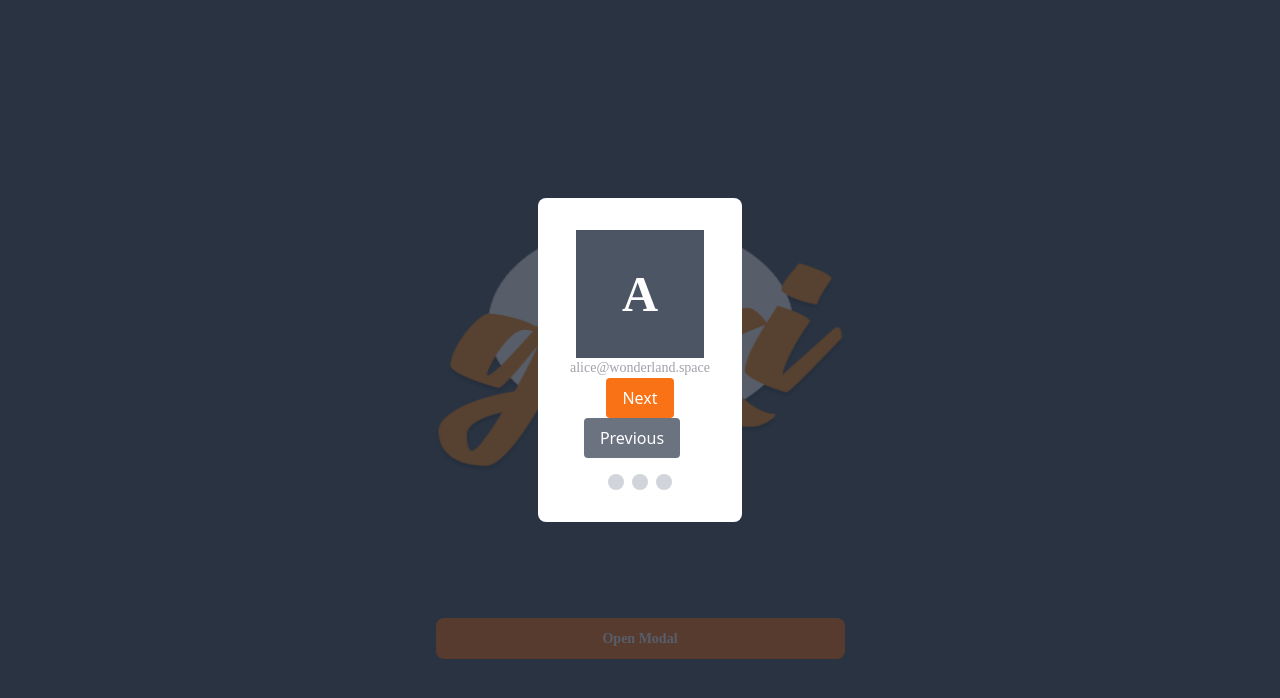
Repository: ZakariaZhlat125/lucatctyteste
Page: /, after clicking the first element matching `button.mt-36`
The author's editor kept a copy of each file at every save. The page is drawn from the files as they stood at one save, then again after the next save.
The browser window is 1280 px wide. The pictures show the whole page.
The project was rebuilt for these pictures with package versions that can differ from the ones it lists, and the page was loaded fresh each time. Also part of the build but not shown: vite.config.js, src/Components/ModalComponents/PickLang.jsx, src/Components/ModalComponents/SelectImage.jsx.

Above is the page before, as saved 2023-09-29 10:32:05.

After the next save:
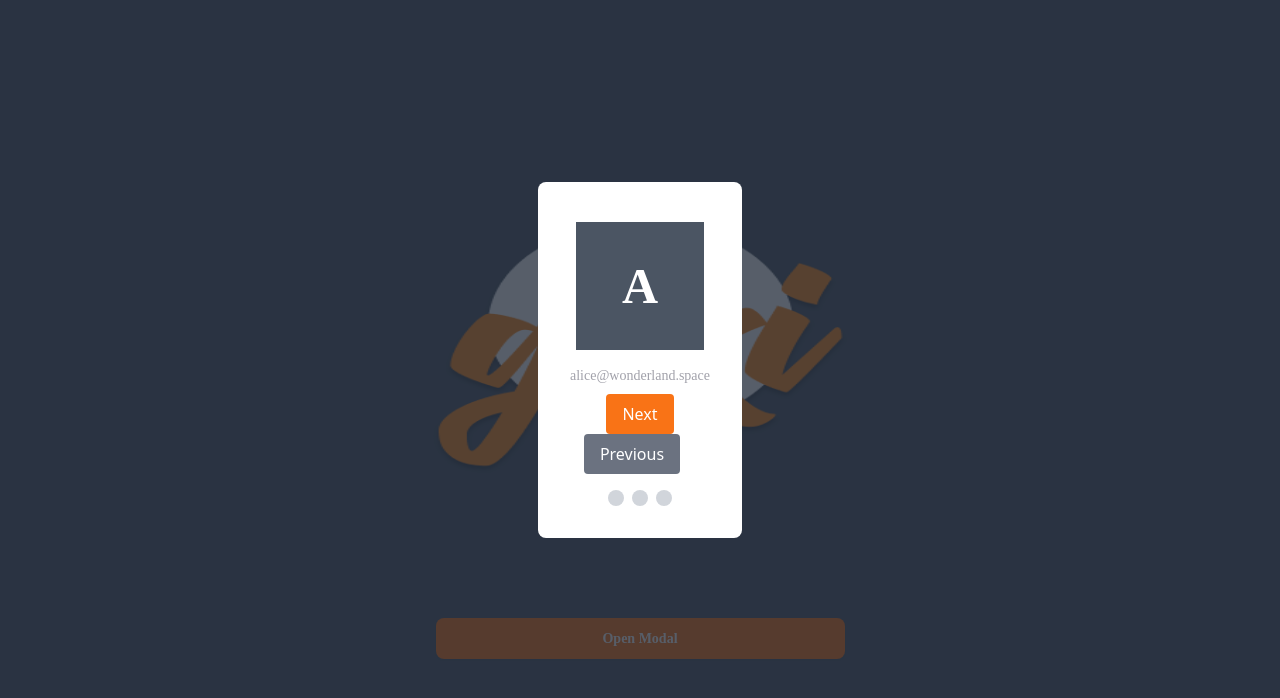
Saved 24 s later.
--- a/src/Components/ModalComponents/Welcom.jsx
+++ b/src/Components/ModalComponents/Welcom.jsx
@@ -4,12 +4,12 @@
   return (
     <div className="flex flex-col justify-center items-center">
       {/* <div className='justify-center items-center'> */}
-      <div className="bg-gray-600 w-32 h-32 flex justify-center items-center">
+      <div className="bg-gray-600 w-32 h-32 flex justify-center items-center my-2">
 
         <p className="text-white text-[50px] font-bold font-['Montserrat']">A</p>
       </div>
 
-      <p className=" text-zinc-400 text-sm font-medium font-['Poppins'] ">alice@wonderland.space</p>
+      <p className="my-2 text-zinc-400 text-sm font-medium font-['Poppins'] ">alice@wonderland.space</p>
       {/* </div> */}
     </div>
   );
